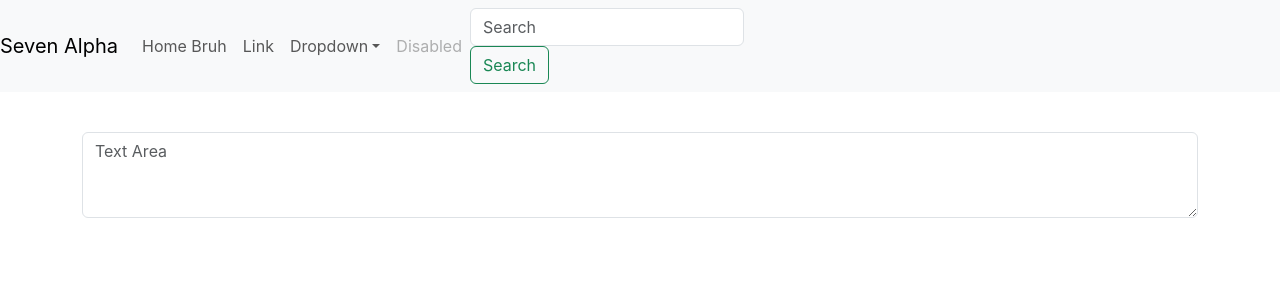
Repository: Shubham-tawar/Text-editor
Page: /
An editor plug-in stored every save of this project. The page is shown before and after a run of saves, followed by the edit.
The browser window is 1280 px wide. The pictures show the whole page.
The project was rebuilt for these pictures with package versions that can differ from the ones it lists, and the page was loaded fresh each time. Also part of the build but not shown: src/App.css.

Above is the page before, as saved 2025-07-05 16:55:03.

After the next 2 saves:
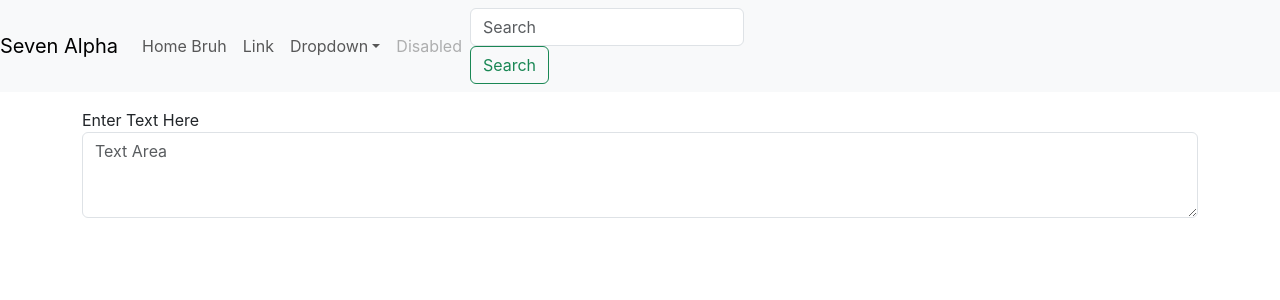
The 2 saves are shown as one change because they came seconds apart.
The last was saved 9 s later.
--- a/src/App.js
+++ b/src/App.js
@@ -7,7 +7,7 @@ function App() {
   return (
     <>
     <Navbar title="Seven Alpha" aboutText="Bruh"/>
-    <Textform heading = ""/>
+    <Textform heading = "Enter Text Here"/>
     </>
   );
 }
